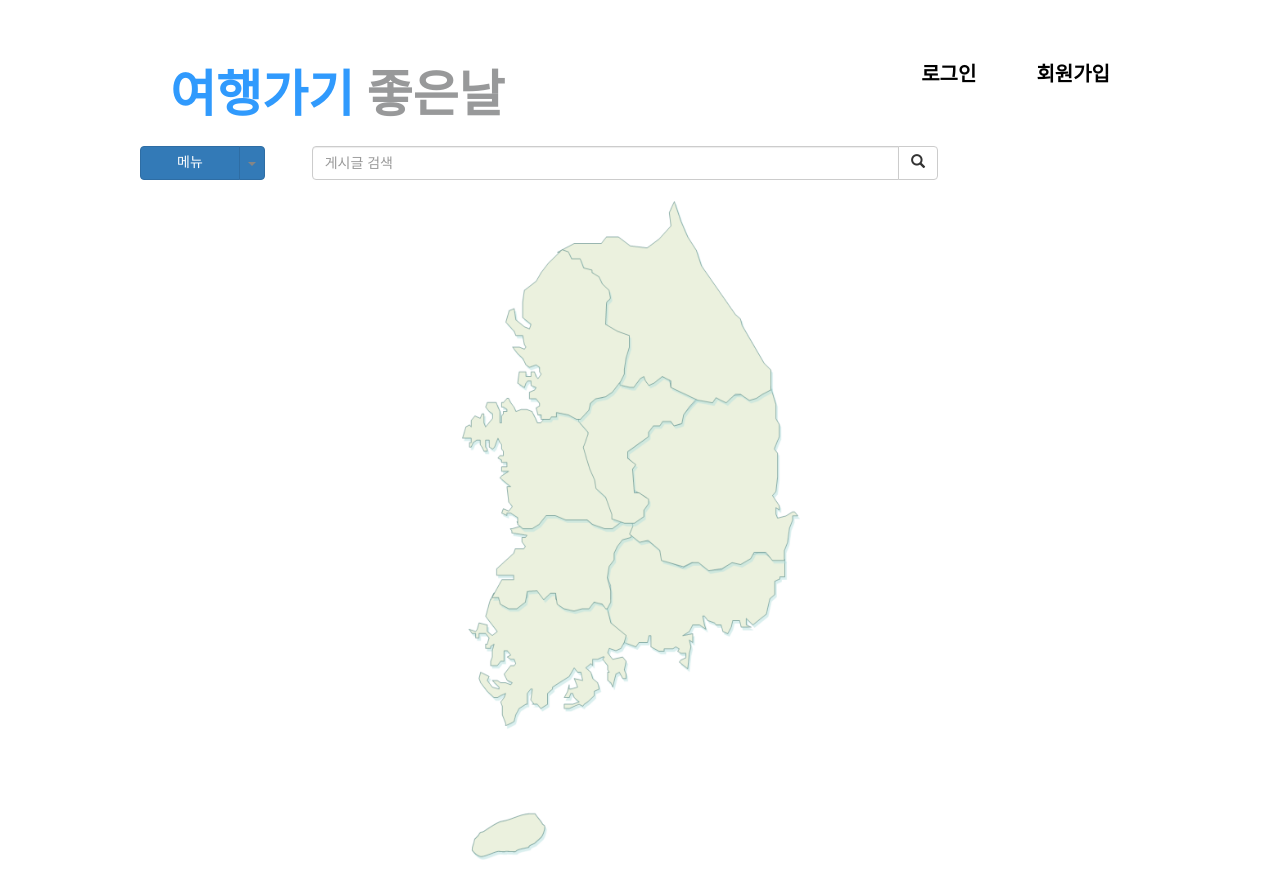
Repository: Hotmintchoco/teamProject1
Page: http://localhost/tripProject/mypage.jsp
The author's editor kept a copy of each file at every save. The page is drawn from the files as they stood at one save, then again after the next save.
The browser window is 1280 px wide. The pictures show the whole page.
Some web fonts or font styles are not loaded; a fallback is used. The page is served by Tomcat 9. Nobody is signed in. The application's start-up code is not run. Other server files are loaded and not shown.

Above is the page before, as saved 2022-07-02 11:48:58.

### tripProject/src/main/webapp/mypage.jsp
<%@ page language="java" contentType="text/html; charset=UTF-8"
    pageEncoding="UTF-8"%>
<!DOCTYPE html>
<html>
<head>
<meta charset="UTF-8">
    <meta name="viewport" content="width=device-width, initial-scale=1.0">
    <title>여행가기 좋은날</title>
    <link rel="preconnect" href="https://fonts.googleapis.com">
	<link rel="preconnect" href="https://fonts.gstatic.com" crossorigin>
	<link href="https://fonts.googleapis.com/css2?family=Gugi&display=swap" rel="stylesheet">
    <link rel="stylesheet" href="fontawesome/css/all.min.css"> <!-- https://fontawesome.com/ -->
    <link rel="stylesheet" href="css/magnific-popup.css">
    <link rel="stylesheet" href="css/templatemo-ocean-vibes.css">
    <link rel="stylesheet" href="https://maxcdn.bootstrapcdn.com/bootstrap/3.4.1/css/bootstrap.min.css">
    <script src="https://ajax.googleapis.com/ajax/libs/jquery/3.6.0/jquery.min.js"></script>
  	<script src="https://maxcdn.bootstrapcdn.com/bootstrap/3.4.1/js/bootstrap.min.js"></script>

    <style>
    	* {font-family: 'Gugi', cursive}
        ul,ol.li {list-style: none; margin: 0; padding: 0;}
        nav {width: 1000px; height: 50px; margin:0 auto;}
	    nav > ul > li > a {float: right; color: black; font-size: 20px;
            text-decoration: none; margin: 0px 30px 0 30px;
            font-weight: bold;}
        #slider {width: 1000px; height: 700px; margin: 0 auto;}
        #slider > img {margin-left: 250px;}
        .tm-mt-0 {float: left; font-size: 50px;}
        #menubar {width: 1000px; margin: 0 auto;}
    </style>
</head>
<body>
    <header class="tm-site-header">
        <div>
            <nav>
                <ul>
                    <li><a href="#">회원가입</a></li>
                    <li><a href="#">로그인</a></li>
                    <li><a href="mypage.jsp" class="tm-mt-0 tm-mb-15"><span class="tm-color-primary">여행가기</span> <span class="tm-color-gray-2">좋은날</span></a></li>
                </ul>
            </nav>
        </div>
    </header>
    <div id="menubar">
		<table style="width: 100%;">
			<tbody>
				<tr style="width: 100%;">
					<td style="width: 17%; margin-left: 25px;">
						<div class="btn-group">
							<button type="button" class="btn btn-primary" style="width:100px;">메뉴</button>
							<button type="button" class="btn btn-primary dropdown-toggle"
								data-toggle="dropdown">
								<span class="caret"></span>
							</button>
							<ul class="dropdown-menu" role="menu">
								<li><a href="#">코스</a></li>
								<li><a href="#">축제</a></li>
								<li><a href="#">이벤트</a></li>
							</ul>
						</div>
					</td>
					<td style="width: 62%;">
					<form action="memberForm.jsp">
						<div class="input-group">
							<input type="text" class="form-control" name="search"
								placeholder="게시글 검색">
							<div class="input-group-btn">
								<button class="btn btn-default" type="submit">
									<i class="glyphicon glyphicon-search"></i>
								</button>
							</div>
						</div>
					</form>
					</td>
					<td style="width: 20%;"></td>
				</tr>
			</tbody>
		</table>
    </div>

	<div id="slider">
        <img src="img/koreaMap2.png" alt="Map" width="450px" height="700px">
    </div>

    <script src="js/jquery-3.4.1.min.js"></script>
    <script src="js/imagesloaded.pkgd.min.js"></script>
    <script src="js/isotope.pkgd.min.js"></script>
    <script src="js/jquery.magnific-popup.min.js"></script>
    <script src="js/templatemo-script.js"></script>
</body>
</html>

### tripProject/src/main/webapp/css/templatemo-ocean-vibes.css
/*

TemplateMo 554 Ocean Vibes

https://templatemo.com/tm-554-ocean-vibes

*/

html { overflow-x: hidden; }

body {
    font-family: 'Source Sans Pro', sans-serif;
    font-size: 19px;
    line-height: 1.8em;
    overflow-x: hidden;
}

p, span, em, a, address { color: #848586; }
h2, p {
    margin-top: 0;
}

a:hover, a.active { color: #309AFD; }

.tm-btn {
    padding: 10px 40px;
    color: white;
    background-color: #3299CD;
    display: inline-block;
    border: none;
    cursor: pointer;
    font-size: 1.2rem;
    transition: all 0.3s ease;
}

button.tm-btn {
    padding: 15px 40px;
}

.tm-btn:hover {
    color: white;
    background-color: #49b4e9;
}

h1 { font-size: 3rem; }
em { display: block; }
div { box-sizing: border-box;}
.tm-mt-35 { margin-top: 35px; }
.tm-mb-0 { margin-bottom: 0; }
.tm-mb-15 { margin-bottom: 15px; }
.tm-mb-30 { margin-bottom: 30px; }
.tm-mb-40 { margin-bottom: 40px; }
.tm-mb-50 { margin-bottom: 50px; }
.tm-mb-80 { margin-bottom: 80px; }
.tm-text-center { text-align: center; }
.tm-text-right { text-align: right; }
.tm-color-primary { color: #309AFD; }
.tm-color-gray { color: #666768; }
.tm-color-gray-2 { color: #98999A; }
.tm-color-light-gray { color: #9E9FA0; }
.tm-bg-white { background-color: #FFF; }
.tm-bg-gray { background-color: #F1F2F3; }
blockquote { margin: 0 0 30px 10px; }
img { max-width: 100%; }
.tm-page-title { font-size: 30px; }

body, ul {
    margin: 0;
    padding: 0;
}

a {
    text-decoration: none;
    transition: all 0.3s ease;
}

.tm-mt-0 { margin-top: 0; }

.tm-site-header {
    padding: 60px 70px 30px;
}

.tm-tagline {
    font-size: 1.5rem;
    margin-left: 130px;
}

#tm-video-container {
    max-height: 400px;
    overflow: hidden;
    background-color: #333;
    margin-bottom: 90px;
    position: relative;
}

#tm-video {
    width: 100%;
    height: auto;
}

#tm-video-control-button {
    position: absolute;
    bottom: 20px;
    right: 20px;
    z-index: 1000;
    color: #e1e1e1;
}

.tm-nav-item {
    list-style: none;
    margin: 22px;
}

.tm-nav-link {
    display: flex;
    align-items: center;
    flex-direction: column;
    width: 200px;
    height: 200px;
    padding: 30px;
    border: 1px solid #D2D3D4;
    color: #999;
    box-sizing: border-box;
}

.tm-nav-link:hover,
.tm-nav-link.active {
    color: #309AFD;
}

.tm-nav-link i {
    margin-top: 30px;
    color: #309AFD;
}

.tm-main-nav ul {
    display: flex;
    flex-wrap: wrap;
    margin-left: auto;
    margin-right: auto;
}

.tm-container {
    max-width: 1254px;
    padding-left: 15px;
    padding-right: 15px;
    margin: 0 auto 135px;
}

.tm-footer {
    display: flex;
    justify-content: space-between;
    padding: 25px;
    font-size: 0.9em;
}

.tm-close-popup {
    text-align: right;
    display: block;
}

.tm-close-popup i {
    margin-left: 10px;
    margin-right: 10px;
}

.tm-row {
    display: flex;
}

.tm-col-6 {
    flex: 0 0 50%;
}

.tm-intro-pad {
    padding: 40px 55px 50px;
}

.tm-intro-col-l {
    margin-right: 40px;
}

/* text-based popup styling */
.popup {
    position: relative;
    padding: 12px 10px 35px;
    width:auto;
    max-width: 1200px;
    margin: 0 auto;
}

/*

====== Move-from-top effect ======

*/
.mfp-move-from-top .mfp-with-anim {
    opacity: 0;
    transition: all 0.2s;
    transform: translateY(-100px);
}
.mfp-move-from-top.mfp-bg {
    opacity: 0;
    transition: all 0.2s;
}
.mfp-move-from-top.mfp-ready .mfp-with-anim {
    opacity: 1;
    transform: translateY(0);
}
.mfp-move-from-top.mfp-ready.mfp-bg {
    opacity: 0.8;
}
.mfp-move-from-top.mfp-removing .mfp-with-anim {
    transform: translateY(-50px);
    opacity: 0;
}
.mfp-move-from-top.mfp-removing.mfp-bg {
    opacity: 0;
}

button.mfp-arrow {
    display: none;
}

/* Intro */
.tm-intro-img {
    max-width: 300px;
    max-height: 600px;
}

/* Gallery */
.tm-gallery {
    flex: 0 0 68%;
    margin: 0 20px;
}

.tm-gallery-container {
    position: relative;
    max-width: 800px;
    margin: 0 -10px;
	list-style: none;
    text-align: center;
}

.tm-paging {
    overflow: auto;
    margin-top: 25px;
}

.tm-paging li {
    list-style: none;
}

.tm-paging-link {
    display: flex;
    float: left;
    width: 40px;
    height: 40px;
    align-items: center;
    justify-content: center;
    background: white;
    color: #999;
    margin-right: 15px;
    margin-bottom: 15px;
}

a.tm-paging-link.active,
a.tm-paging-link:hover {
    background: #309AFD;
    color: white;
}

.tm-gallery-right {
    flex: 0 0 26%;
    margin-left: 15px;
}

.tm-gallery-links {
    margin-left: 35px;
    margin-bottom: 55px;
}

.tm-gallery-links li {
    list-style: none;
    margin-bottom: 20px;
}

.tm-gallery-link-icon {
    display: inline-block;
    width: 30px;
}

.tm-gallery-item {
    overflow: hidden;
    margin: 15px 10px;
    min-width: 180px;
    max-width: 180px;
    max-height: 240px;
    width: 25%;
    background: #3085a3;
    text-align: center;
    cursor: pointer;
}

.tm-gallery-container figure img {
    position: relative;
    display: block;
    min-height: 100%;
    max-width: 100%;
    opacity: 0.9;
}

.tm-gallery-container figure figcaption {
	padding: 2em;
	color: #fff;
	text-transform: uppercase;
	font-size: 1.25em;
	-webkit-backface-visibility: hidden;
	backface-visibility: hidden;
}

.tm-gallery-container figure figcaption::before,
.tm-gallery-container figure figcaption::after {
	pointer-events: none;
}

.tm-gallery-container figure figcaption,
.tm-gallery-container figure figcaption > a {
	position: absolute;
	top: 0;
	left: 0;
	width: 100%;
	height: 100%;
}

/* Anchor will cover the whole item by default */
/* For some effects it will show as a button */
.tm-gallery-container figure h2 {
	word-spacing: -0.15em;
	font-weight: 300;
}

.tm-gallery-container figure h2 span {
	font-weight: 800;
}

.tm-gallery-container figure h2,
.tm-gallery-container figure p {
	margin: 0;
}

.tm-gallery-container figure p {
	letter-spacing: 1px;
	font-size: 68.5%;
}

/*---------------*/
/***** Chico *****/
/*---------------*/

figure.effect-chico img {
	-webkit-transition: opacity 0.35s, -webkit-transform 0.35s;
	transition: opacity 0.35s, transform 0.35s;
	-webkit-transform: scale(1.12);
	transform: scale(1.12);
}

figure.effect-chico:hover img {
	opacity: 0.5;
	-webkit-transform: scale(1);
	transform: scale(1);
}

figure.effect-chico figcaption {
    padding: 1em;
    box-sizing: border-box;
    display: flex;
    align-items: center;
}

figure.effect-chico figcaption::before {
	position: absolute;
	top: 15px;
	right: 15px;
	bottom: 15px;
	left: 15px;
	border: 1px solid #fff;
	content: '';
	-webkit-transform: scale(1.1);
	transform: scale(1.1);
}

figure.effect-chico figcaption::before,
figure.effect-chico p {
	opacity: 0;
	-webkit-transition: opacity 0.35s, -webkit-transform 0.35s;
	transition: opacity 0.35s, transform 0.35s;
}

figure.effect-chico h2 {
	padding: 20% 0 20px 0;
}

figure.effect-chico p {
    color: white;
	margin: 0 auto;
	max-width: 200px;
	-webkit-transform: scale(1.5);
	transform: scale(1.5);
}

figure.effect-chico:hover figcaption::before,
figure.effect-chico:hover p {
	opacity: 1;
	-webkit-transform: scale(1);
	transform: scale(1);
}

/* Testimonials */
.tm-testimonials-inner {
    padding: 0 20px 30px;
}

.tm-testimonial-col {
    flex: 0 0 33.3334%;
    padding-left: 20px;
    padding-right: 20px;
}

/* About */
.mapouter{
    position:relative;
    height:250px;
    width:100%;
}

.gmap_canvas {
    overflow:hidden;
    background:none!important;
    height:250px;
    width:100%;
}
.tm-contact-row {
    max-width: 1045px;
}
.tm-about-col {
    margin-left: 40px;
    margin-right: 40px;
    max-width: 500px;
}

/* Contact */
#contact {
    padding-bottom: 65px;
}
.tm-contact-col {
    flex: 0 0 50%;
    padding-left: 40px;
}

.tm-contact-col-r {
    padding-left: 0;
    padding-right: 30px;
}

.tm-contact-form {
    max-width: 350px;
    margin-left: 40px;
    margin-right: 40px;
}

.form-control {
    font-family: 'Source Sans Pro', sans-serif;
    font-size: 1.2rem;
    border: 1px solid #D5D6D7;
    box-sizing: border-box;
    padding: 15px;
    width: 100%;
}

.form-group {
    margin-bottom: 25px;
}

select:not([multiple]) {
    -webkit-appearance: none;
    -moz-appearance: none;
    background-position: right 15px center;
    background-repeat: no-repeat;
    background-image: url(../img/select-arrow.png);
    padding: 14px 20px;
    padding-right: 20px;
    color: #666;
}

.tm-contact-links li {
    list-style: none;
    margin-bottom: 10px;
}

.tm-contact-link-icon {
    margin-right: 15px;
}

address {
    font-style: normal;
}

@media (max-width: 850px) {
    .tm-contact-row {
        flex-direction: column;
    }

    .tm-contact-col {
        flex: 0 0 100%;
        max-width: 100%;
        padding-left: 30px;
        padding-right: 30px;
    }

    .tm-contact-form {
        max-width: 100%;
        margin-left: 0;
        margin-right: 0;
        margin-bottom: 50px;
    }
}

@media (max-width: 700px) {
    .tm-about-row {
        flex-direction: column;
    }
    .tm-about-col {
        flex: 0 0 100%;
    }
}

@media (max-width: 1264px) {
    .tm-main-nav ul {
        max-width: 976px;
    }
}

@media (max-width: 1020px) {
    .tm-main-nav ul {
        max-width: 732px;
    }
}

@media (max-width: 776px) {
    .tm-main-nav ul {
        max-width: 488px;
    }
}

@media (max-width: 532px) {
    .tm-main-nav ul {
        max-width: 244px;
    }
}

@media (max-width: 992px) {
    .tm-testimonial-row {
        flex-wrap: wrap;
    }
    .tm-testimonial-col {
        flex: 100%;
        margin-bottom: 50px;
    }

    .tm-testimonial-col:last-child {
        margin-bottom: 0;
    }

    .tm-testimonial-col-2 {
        flex: 50%;
    }
}

@media (max-width: 635px) {
    .tm-testimonial-col-2 {
        flex: 100%;
    }
}

@media (max-width: 902px) {
    .tm-gallery {
        flex: 0 0 50%;
    }
    .tm-gallery-right {
        flex: 0 0 38%;
    }
}

@media (max-width: 805px) {
    .tm-gallery-row {
        flex-direction: column-reverse;
    }
    .tm-gallery {
        flex: 0 0 100%;
    }
    .tm-gallery-right {
        flex: 0 0 100%;
        margin-left: 20px;
        margin-right: 20px;
    }

    .tm-gallery-right-inner {
        display: flex;
        flex-direction: column-reverse;
    }

    .tm-gallery-links {
        display: flex;
        flex-wrap: wrap;
        margin-top: 20px;
        margin-bottom: 0;
        margin-left: 0;
    }

    .tm-gallery-links li {
        margin-right: 20px;
    }
}

@media (max-width: 850px) {
    .tm-content-row {
        flex-direction: column;
    }

    .tm-intro-col-l {
        margin-right: 0;
    }
}

@media (max-width: 650px) {
    .tm-intro-row {
        flex-direction: column;
    }

    .tm-intro-img {
        max-width: 100%;
        max-height: none;
    }
}

@media (max-width: 540px) {
    .tm-footer {
        flex-direction: column;
        align-items: center;
    }
}

@media (max-width: 558px) {
    .tm-site-header {
        padding-left: 30px;
        padding-right: 30px;
    }

    .tm-tagline {
        margin-left: 30px;
    }
}

Loaded but not shown: tripProject/src/main/webapp/fontawesome/css/all.min.css (library); tripProject/src/main/webapp/css/magnific-popup.css (library); tripProject/src/main/webapp/js/jquery-3.4.1.min.js (library); tripProject/src/main/webapp/js/imagesloaded.pkgd.min.js (library); tripProject/src/main/webapp/js/isotope.pkgd.min.js (library); tripProject/src/main/webapp/js/jquery.magnific-popup.min.js (library); tripProject/src/main/webapp/js/templatemo-script.js (272 lines, source omitted)

After the next save:
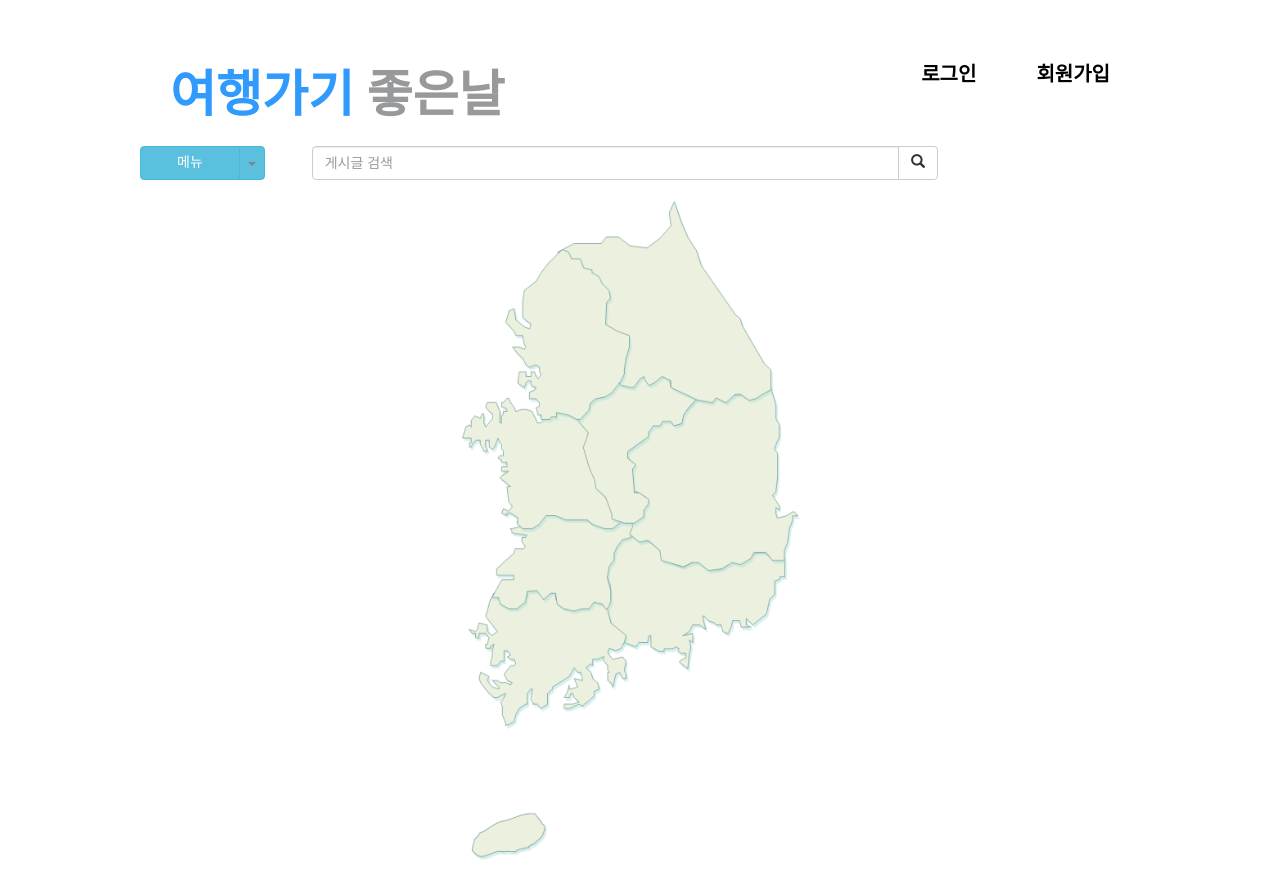
Saved 79 s later.
--- a/tripProject/src/main/webapp/mypage.jsp
+++ b/tripProject/src/main/webapp/mypage.jsp
@@ -47,8 +47,8 @@
 				<tr style="width: 100%;">
 					<td style="width: 17%; margin-left: 25px;">
 						<div class="btn-group">
-							<button type="button" class="btn btn-primary" style="width:100px;">메뉴</button>
-							<button type="button" class="btn btn-primary dropdown-toggle"
+							<button type="button" class="btn btn-info" style="width:100px;">메뉴</button>
+							<button type="button" class="btn btn-info dropdown-toggle"
 								data-toggle="dropdown">
 								<span class="caret"></span>
 							</button>
